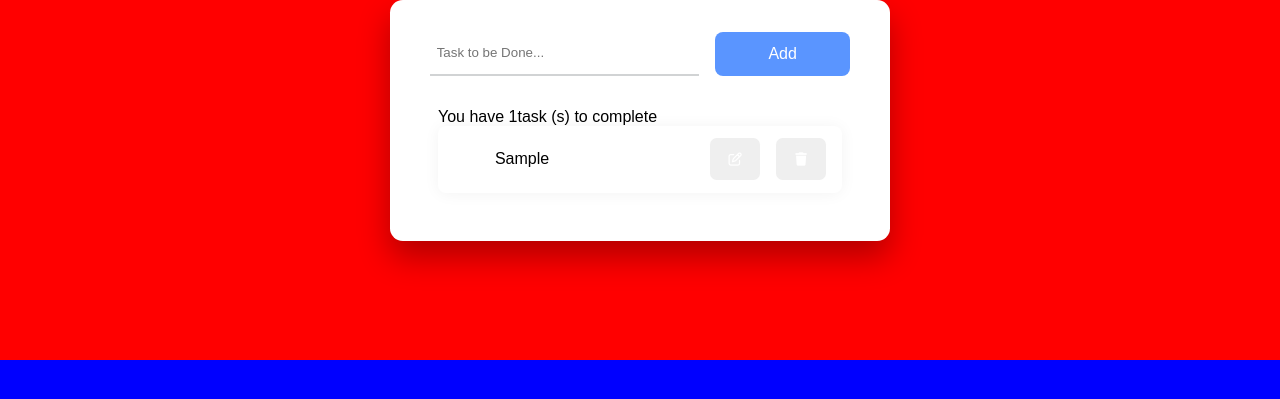
Repository: JunaidAnsari202/Todo-List
Page: index.html
The author's editor kept a copy of each file at every save. The page is drawn from the files as they stood at one save, then again after a run of saves.
The browser window is 1280 px wide. The pictures show the whole page.
Empty fields were first filled with sample values (such as "Sample", 5 or name@example.com).
After loading, the first visible `#add-btn` was clicked once.
Some web libraries are served in a nearby version.

Above is the page before, as saved 2023-10-30 22:35:13.

After the next 19 saves:
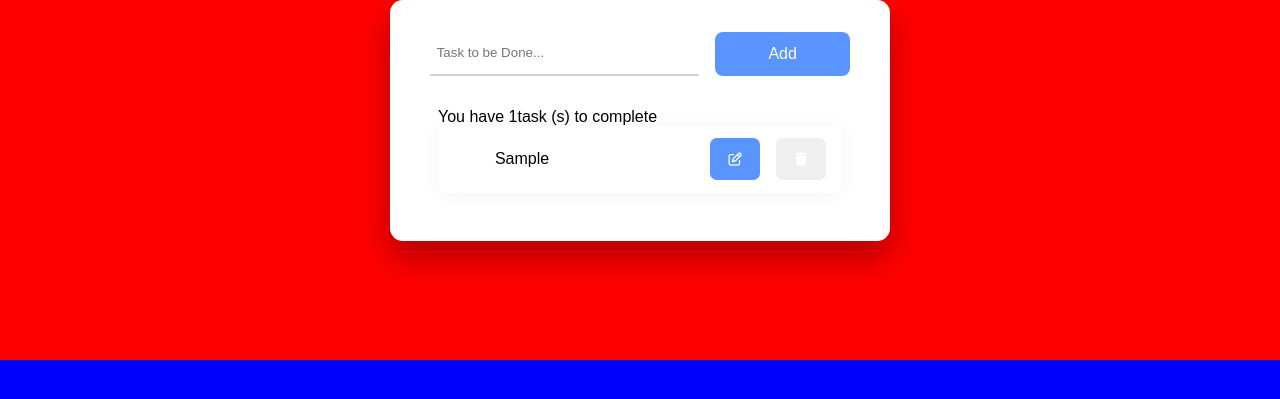
The 19 saves are shown as one change because they came seconds apart.
The last was saved 3 min 0 s later.
--- a/style.css
+++ b/style.css
@@ -138,3 +138,11 @@ body{
     cursor: pointer;
     outline: none;
 }
+
+.edit{
+    background-color: #5a95ff;
+}
+
+.delete{
+    bac
+}
